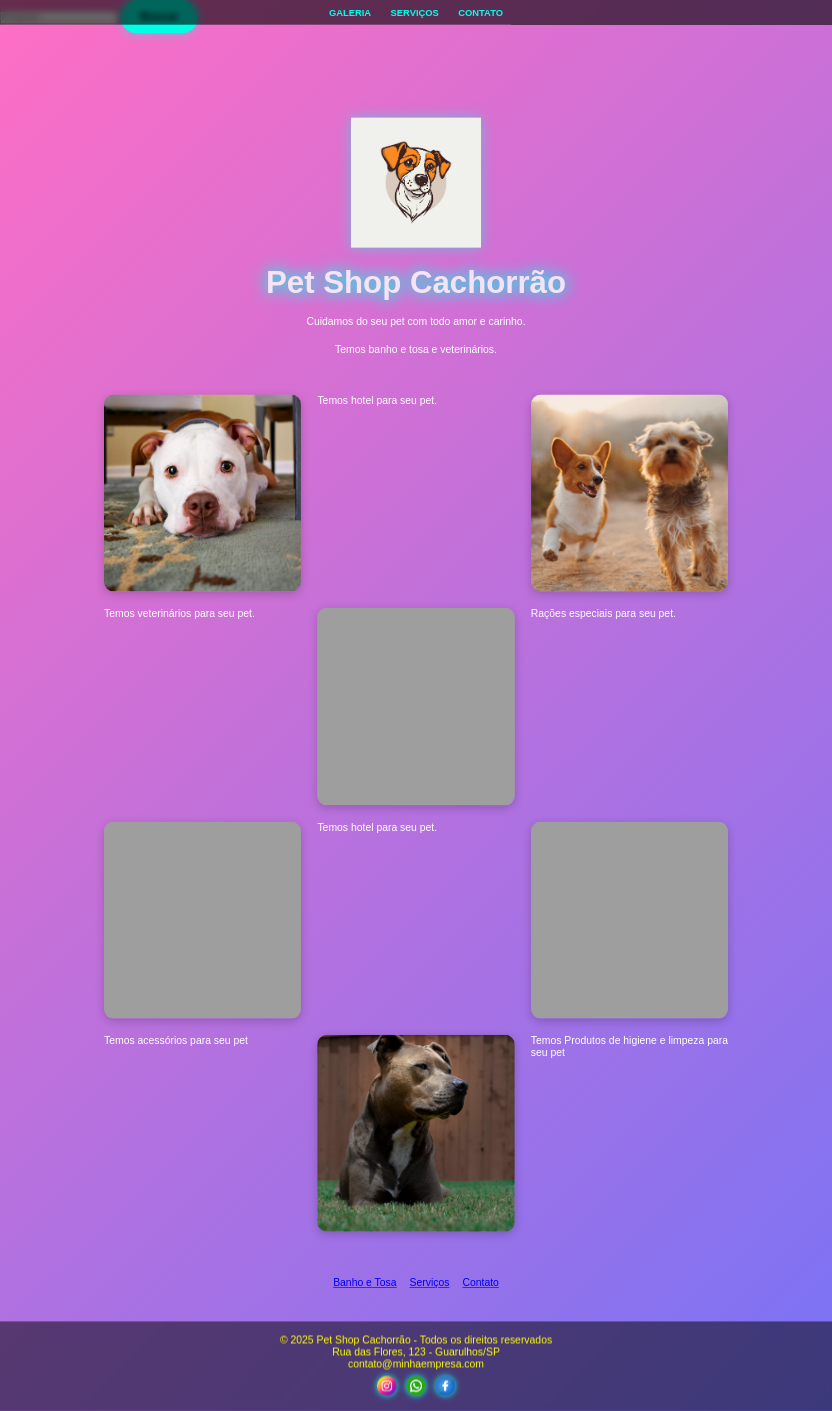
Repository: Sandro1969-tech/Desafio-petshop
Page: index.html
These files come from the project's save history. The page is drawn as it stood at one moment and after the next save; the edit follows.
The browser window is 1280 px wide. The pictures show the whole page, at 65% of full size.
Pictures or frames that could not be fetched are drawn as grey boxes.

Above is the page before, as saved 2025-12-11 20:11:55.

After the next save:
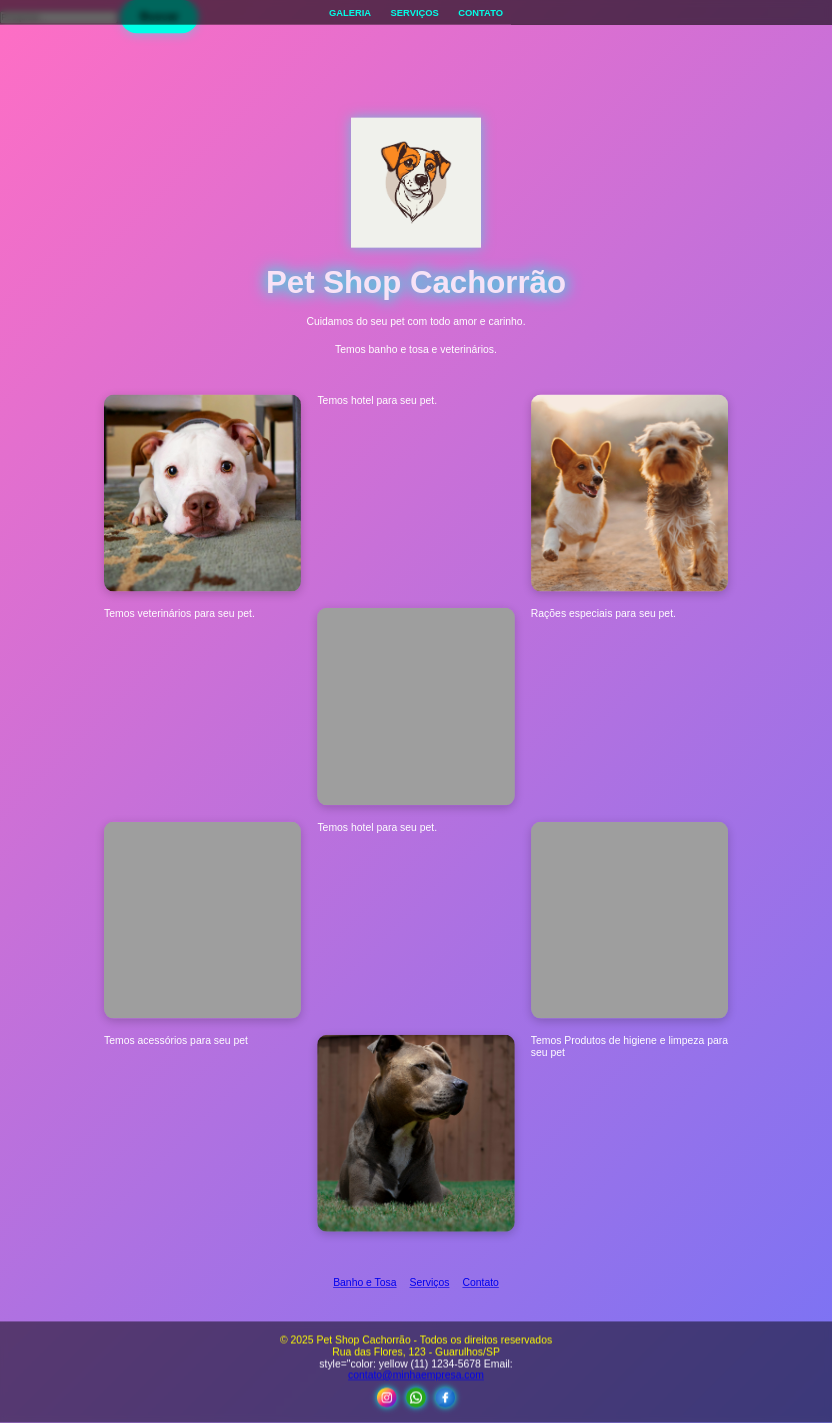
Saved 15 s later.
--- a/index.html
+++ b/index.html
@@ -59,7 +59,7 @@
   <footer id="contact">
     <p  style="color: yellow;">© 2025 Pet Shop Cachorrão - Todos os direitos reservados</p>
     <p style="color: yellow;"> Rua das Flores, 123 - Guarulhos/SP</p>
-    <p style="color: yellow;"  style="color: yellow (11) 1234-5678  Email:</p> <a href="mailto:contato@minhaempresa.com">contato@minhaempresa.com</a></>
+    <p style="color: yellow;"></p> style="color: yellow (11) 1234-5678  Email:</p> <a href="mailto:contato@minhaempresa.com">contato@minhaempresa.com</a></>
     <div class="social-icons">
       <a href="https://instagram.com/seuPerfil" target="_blank" aria-label="Instagram">
         <img src="assets/image/instagram.png" alt="Instagram">
